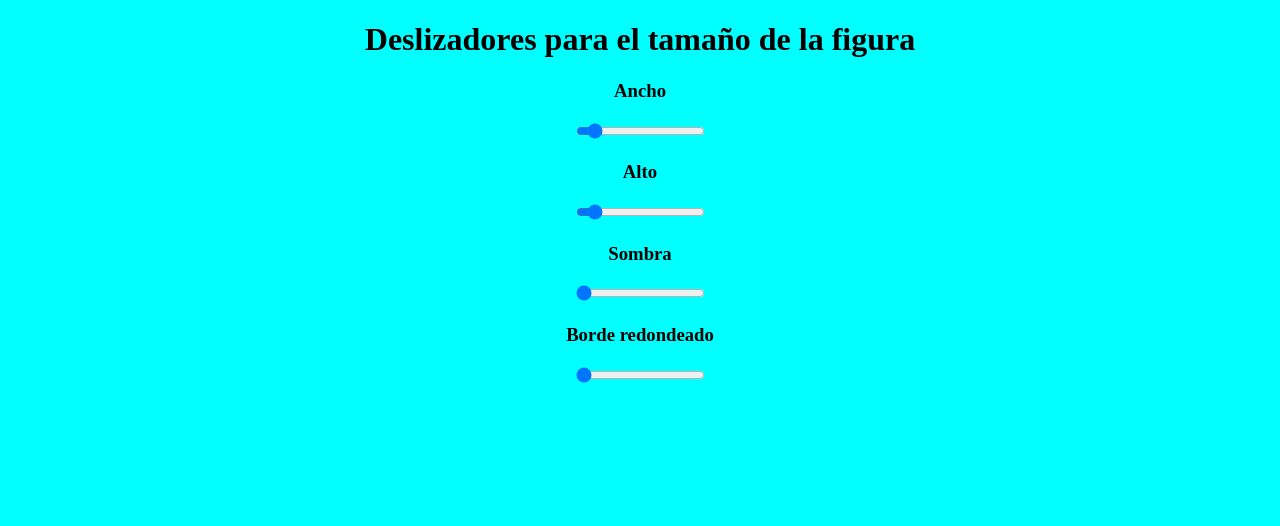
Repository: Kevin8548/Ejercicios-DOM
Page: Deslizador.html
An editor plug-in stored every save of this project. The page is shown before and after the next save, followed by the edit.
The browser window is 1280 px wide. The pictures show the whole page.

Above is the page before, as saved 2024-10-08 12:13:22.

After the next save:
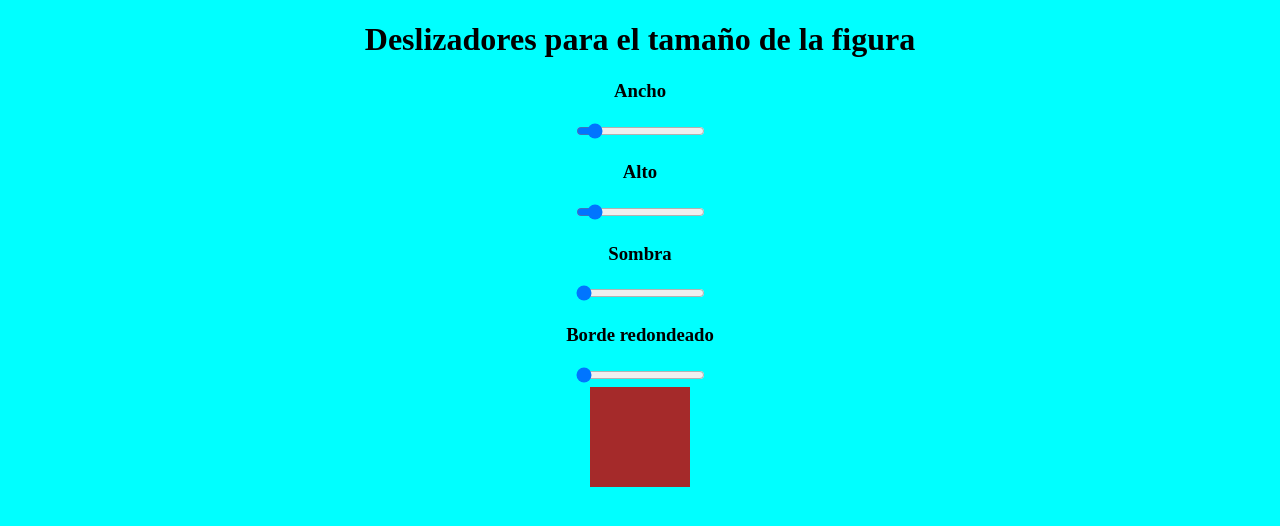
Saved 18 s later.
--- a/Deslizador.html
+++ b/Deslizador.html
@@ -18,6 +18,8 @@
         <h3>Borde redondeado</h3>
         <input type="range" id="sliderEsquina" min="0" max="50" value="0" step="1">
 
+    </div>
+    <div class="div"></div>
 
     <script src="./colorsbg/deslizador.js"></script>
 </body>
